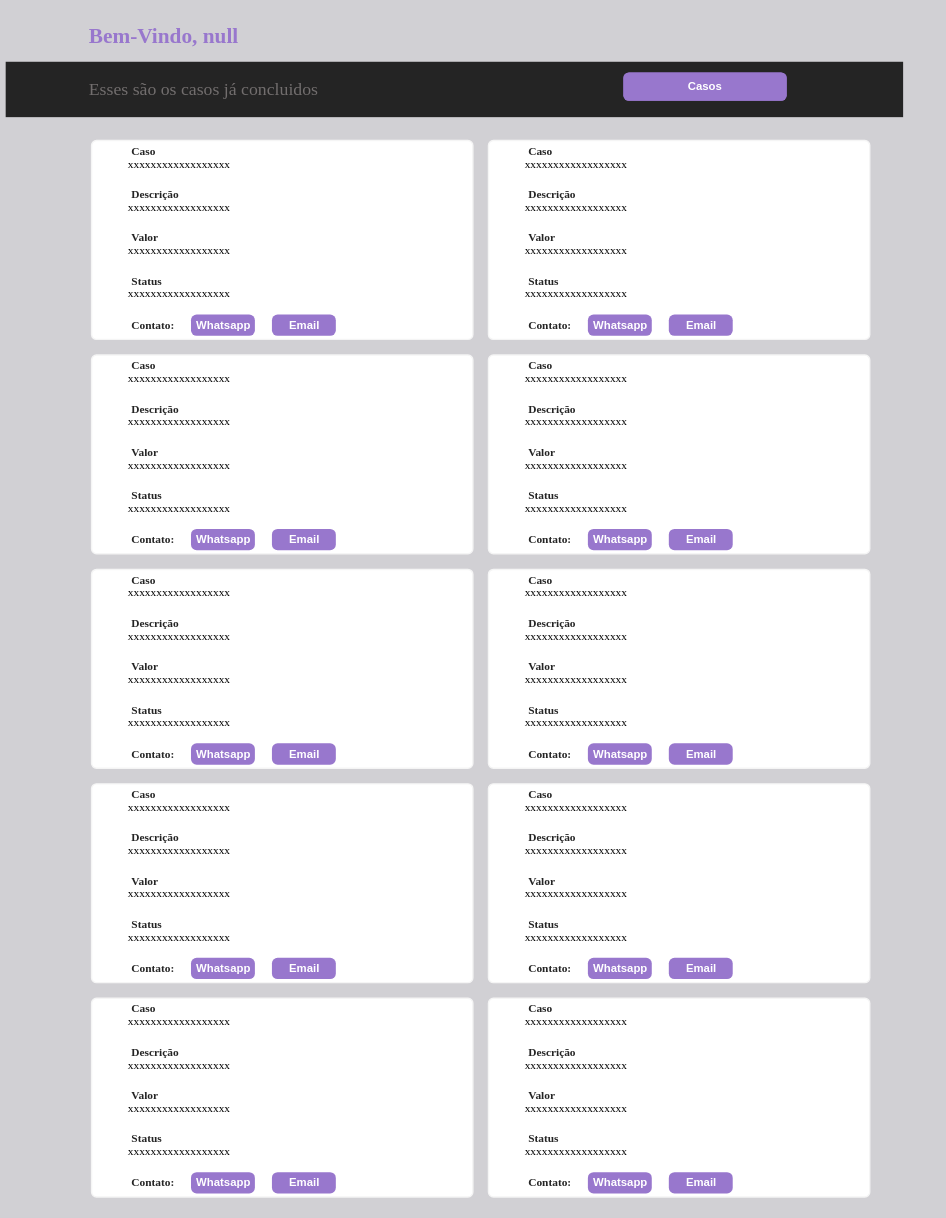
Repository: Dirlandia404/Casos
Page: frontend/public/pages/casosConcluidos.html
An editor plug-in stored every save of this project. The page is shown before and after the next save, followed by the edit.
The browser window is 1280 px wide. The page is 1332 px wide, so the pictures cover 1332 px, including what lies to the right of the window. The pictures show the whole page, at 71% of full size.
The page's requests for data from a server got no answer. Some web libraries are served in a nearby version.

Above is the page before, as saved 2021-07-29 12:57:27.

After the next save:
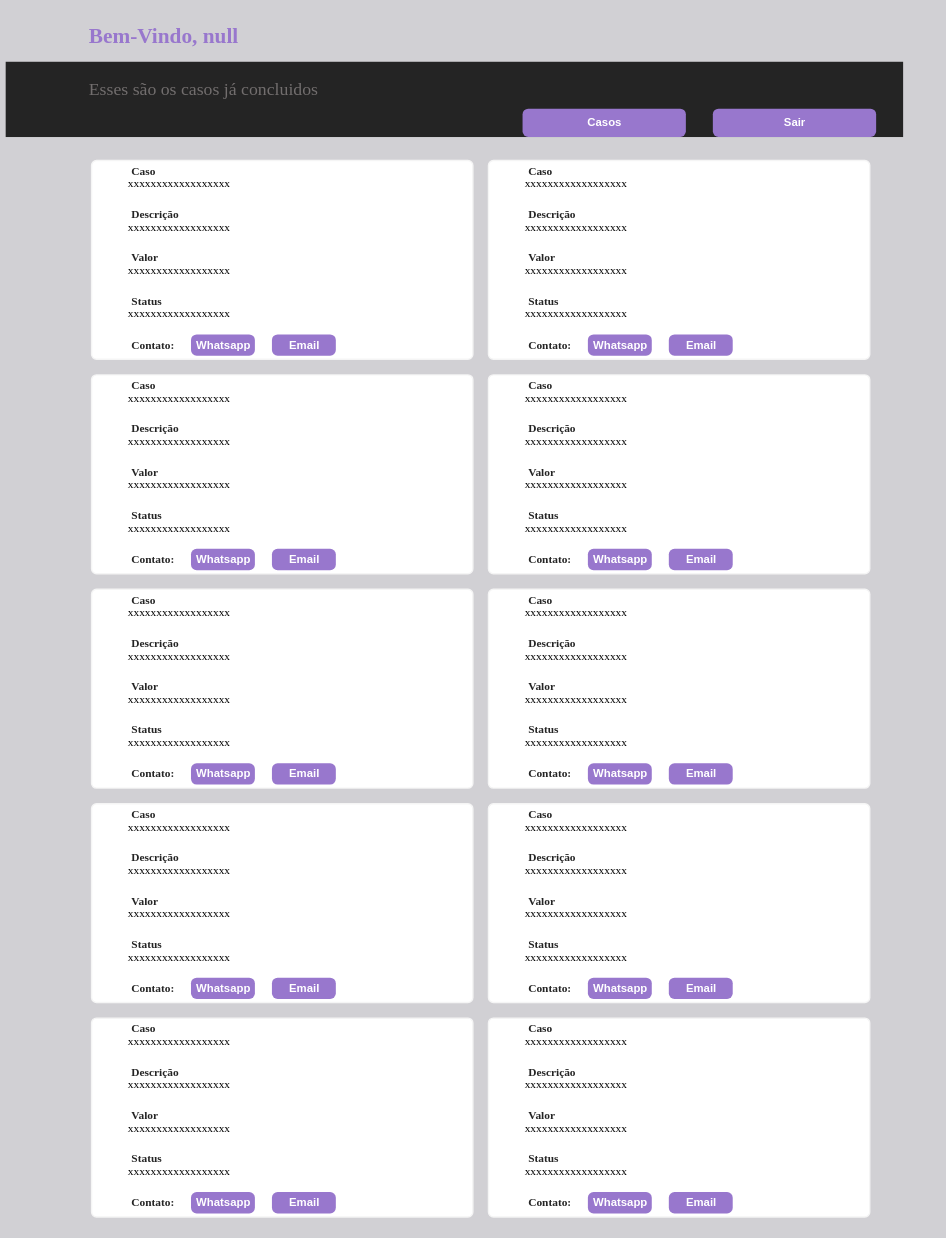
Saved 7 s later.
--- a/frontend/public/pages/src/style/casosConcluidos.css
+++ b/frontend/public/pages/src/style/casosConcluidos.css
@@ -39,8 +39,8 @@ p{
 
     transition: 400ms;
     float: right;
-    margin-right: 13%;
-    margin-top: -5%;
+    margin-right: 3%;
+    margin-top: -1%;
 }
 
 
